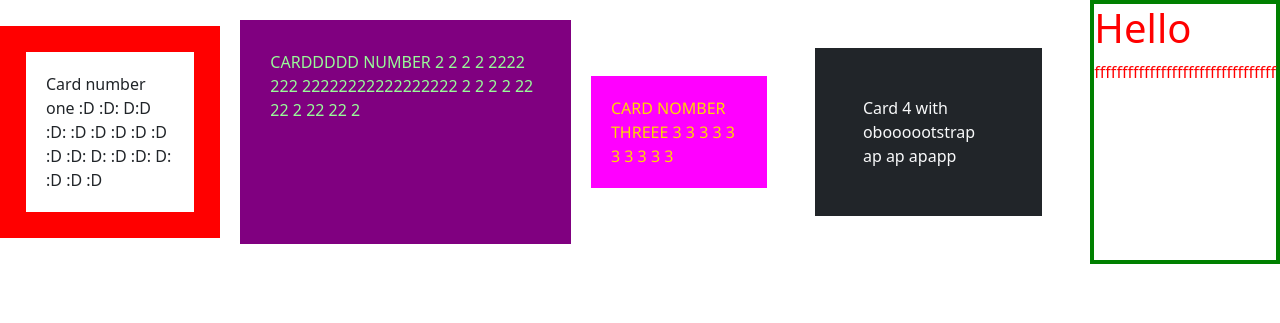
Repository: FbW-E01/spa-react-stylish-cards-gronger
Page: / (app in react-stuff/)
An editor plug-in stored every save of this project. The page is shown before and after the next save, followed by the edit.
The browser window is 1280 px wide. The pictures show the whole page.
The project was rebuilt for these pictures with package versions that can differ from the ones it lists, and the page was loaded fresh each time.

Above is the page before, as saved 2021-07-14 14:08:51.

### react-stuff/src/index.js
import React from 'react';
import ReactDOM from 'react-dom';
import './main.scss';
import 'bootstrap/dist/css/bootstrap.min.css';
import styled from 'styled-components';


function CardOneInline() {
  const divStyle = {
    border: '26px solid red',
    margin: 'auto',
    padding: '20px',
    width: '30%',
  }

  return <div style={divStyle}>
    Card number one :D :D: D:D :D: :D :D :D :D :D :D :D: D: :D :D: D: :D :D :D
  </div>
}

function CardTwoClass() {
  let className = 'purpleClass';

  return <div className={className}>
    CARDDDDD NUMBER 2 2 2 2 2222 222 22222222222222222 2 2 2 2 22 22 2 22 22  2
  </div>
}

function CardThreeScssClass() {
  return <div className='class-3'>
    CARD NOMBER THREEE 3 3 3 3 3 3 3 3 3 3
  </div>
}

function CardFourBootstrap() {
  return <div className="p-5 m-5 warning bg-dark text-light">
    Card 4 with oboooootstrap ap ap apapp
  </div>
}

const MyDiv = styled.div`
  border: 4px solid green;
  color: red;
`;

ReactDOM.render(
  <div className="wrapper">
    <CardOneInline />
    <CardTwoClass />
    <CardThreeScssClass />
    <CardFourBootstrap />
    <MyDiv><h1>Hello</h1>
    <p>fffffffffffffffffffffffffffffffff</p></MyDiv>
  </div>

  , document.getElementById('root')
);

### react-stuff/src/main.scss
.wrapper {
    display: flex;
    .class-3 {
        background-color: fuchsia;
        color: gold;
        font-family: 'Segoe UI', Tahoma, Geneva, Verdana, sans-serif;
        margin: auto;
        padding: 20px;
    }
    .purpleClass {
        color: palegreen;
        background-color: purple;
        padding: 30px;
        margin: 20px;
    }
}

Loaded but not shown: react-stuff/public/index.html (common file)

After the next save:
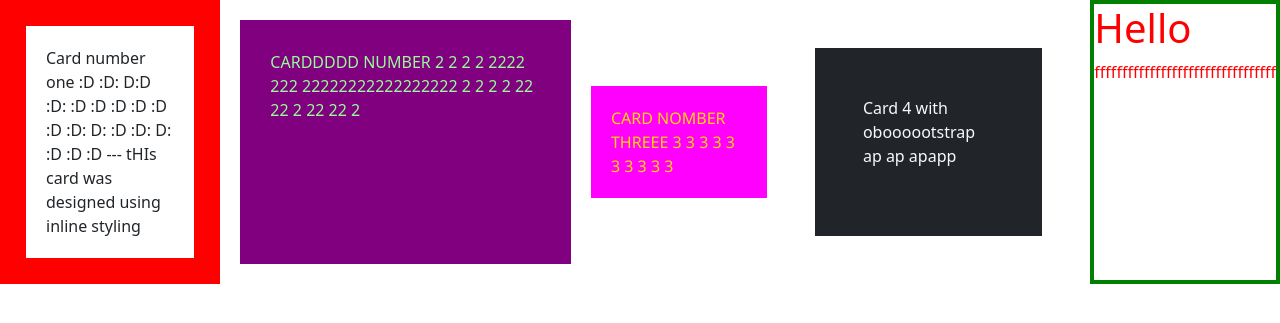
Saved 37 s later.
--- a/react-stuff/src/index.js
+++ b/react-stuff/src/index.js
@@ -14,7 +14,7 @@ function CardOneInline() {
   }
 
   return <div style={divStyle}>
-    Card number one :D :D: D:D :D: :D :D :D :D :D :D :D: D: :D :D: D: :D :D :D
+    Card number one :D :D: D:D :D: :D :D :D :D :D :D :D: D: :D :D: D: :D :D :D --- tHIs card was designed using inline styling
   </div>
 }
 
